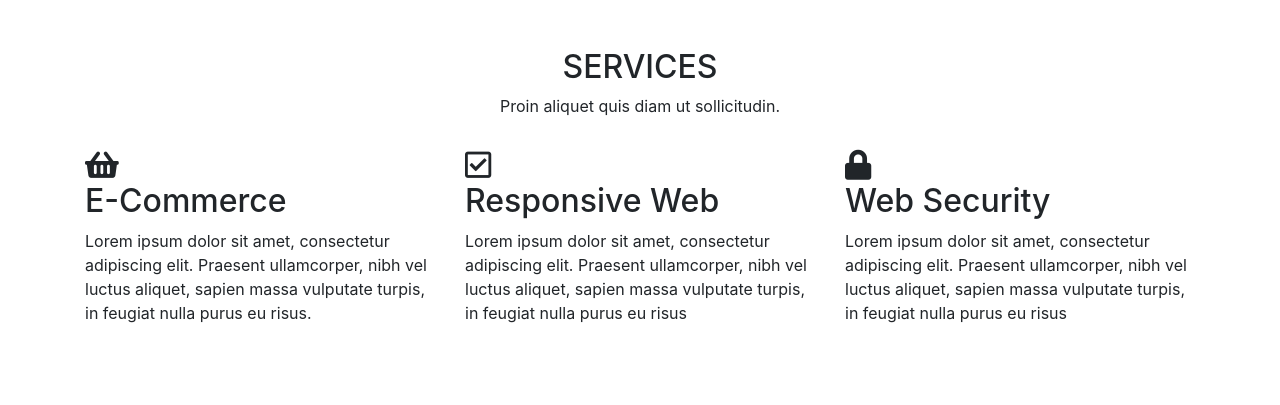
Repository: arek-adamik/golden-webpage
Page: index.html
An editor plug-in stored every save of this project. The page is shown before and after the next save, followed by the edit.
The browser window is 1280 px wide. The pictures show the part of the page from y = 630 to 1099 px (the page is 1035 px tall before and 1099 px after).
Some web fonts or font styles are not loaded; a fallback is used. Some web libraries are served in a nearby version. The style sheet was rebuilt from its Sass, Less or Tailwind sources for each picture, by a compiler version that may differ from the author's.

Above is the page before, as saved 2021-05-04 15:14:05.

### index.html
<!DOCTYPE html>
<html lang="en">
  <head>
    <meta name="viewport" content="width=device-width, initial-scale=1.0">
    <meta charset="utf-8">
    <title>Golden - Official Site</title>
    <link rel="preconnect" href="https://fonts.gstatic.com">
    <link href="https://fonts.googleapis.com/css2?family=Krona+One&family=Molle:ital@1&family=Tinos&display=swap" rel="stylesheet">
    <link rel="stylesheet" href="https://use.fontawesome.com/releases/v5.5.0/css/all.css">
    <link rel="stylesheet" href="vendor/bootstrap-grid.css">
    <link rel="stylesheet" href="css/style.css">
    <link rel="stylesheet" href="https://stackpath.bootstrapcdn.com/bootstrap/4.5.1/css/bootstrap.min.css" integrity="sha384-VCmXjywReHh4PwowAiWNagnWcLhlEJLA5buUprzK8rxFgeH0kww/aWY76TfkUoSX" crossorigin="anonymous">
  </head>
  <body>
    <section class="page-head">
        <nav class="navigation">
            <p class="logo">GOLDEN</p>
                <ul>
                    <li><a href="#">HOME</a></li>
                    <li><a href="#">SERVICES</a></li>
                    <li><a href="#">PORTFOLIO</a></li>
                    <li><a href="#">ABOUT</a></li>
                    <li><a href="#">CONTACT</a></li>
                </ul>

        </nav>
        <header class="splash">
            <div class="splash-inner">
                <h2 class="page-subtitle">Welcome to our studio!</h2>
                <h1 class="page-title">IT'S NICE TO MEET YOU</h1>
                <a class="button" href="#">TELL ME MORE</a>
            </div>
      </header>
    </section>
    <section class="services py-5">
        <h2 class="section-subtitle">SERVICES</h2>
        <p class="services-text">Proin aliquet quis diam ut sollicitudin.</p>
        <div class="container">
            <div class="row py-3">
                <div class="col-md-4">
                    <i class="fas fa-shopping-basket"></i>
                    <h2 class="services-subbtitle">E-Commerce</h2>
                    <p>Lorem ipsum dolor sit amet, consectetur adipiscing elit. Praesent ullamcorper, nibh vel luctus aliquet, sapien massa vulputate turpis, in feugiat nulla purus eu risus.</p>
                </div>
                <div class="col-md-4">
                    <i class="far fa-check-square"></i>
                    <h2 class="services-subbtitle">Responsive Web</h2>
                    <p>Lorem ipsum dolor sit amet, consectetur adipiscing elit. Praesent ullamcorper, nibh vel luctus aliquet, sapien massa vulputate turpis, in feugiat nulla purus eu risus</p>
                </div>
                <div class="col-md-4">
                    <i class="fas fa-lock"></i>
                    <h2 class="services-subbtitle">Web Security</h2>
                    <p>Lorem ipsum dolor sit amet, consectetur adipiscing elit. Praesent ullamcorper, nibh vel luctus aliquet, sapien massa vulputate turpis, in feugiat nulla purus eu risus</p>
                </div>
        </div>
    </section>
  </body>
  </html>

### sass/style.scss
/* Variabbles */
$font-header: 'Krona One', sans-serif;
$font-logo: 'Molle', cursive;
$font-text: 'Tinos', serif;
/* Global */
body {
    margin: 0;
    font-size: 16px;
    line-height: 1.7;
    font-family: $font-text;
}
.container {
    max-width: 1140px;
    padding: 0 20px 0 20px;
    display: flex;
	justify-content: center;
	align-items: center;
	margin: auto;
}
/* Main section */
.page-head{
    background-image: url(https://images.pexels.com/photos/174524/pexels-photo-174524.jpeg?auto=compress&cs=tinysrgb&dpr=2&h=750&w=1260);
}

/* Navigation */
.navigation {
    padding: 12px 0 12px 0;
        ul {
            padding: 0;
            margin: 0;
            list-style-type: none;
            text-align: right;
        }

        }
        .logo {
            text-align: left;
            padding-top: 20px;
            margin-left: 40px;
            font-family: $font-logo;
            color: rgb(2, 2, 1);
            text-shadow: goldenrod;
            font-size: 30px;
        }
        li {
            display: inline-block;
            margin-right: 36px;
            position: relative;

        }
        a {
            color: rgb(0, 0, 0);
            font-family: $font-header;
        }
/* Splash */
.splash {
    min-height: 500px;
    display: flex;
        .page-title {
            margin: 0;
            font-size: 72px;
            font-weight: 700;
            line-height: 1.2;
            font-family: $font-header;
            text-align: center;
        }
        .page-subtitle {
            margin: 24px 0;
            font-weight: 400;
            font-size: 16px;
            font-family: $font-header;
            text-align: center;
        }
}
.splash-inner {
    margin: auto;
    max-width: 70%;
}
.button {
    display: block;
    margin: 0 auto;
    position: relative;
    padding: 20px 25px;
    font-size: 24px;
    cursor: pointer;
    text-align: center;
    text-decoration: none;
    outline: none;
    color: #fff;
    background-color: #070807;
    border: none;
    border-radius: 15px;
    width: 250px;
  }
  .button:hover {
      background-color: rgb(69, 70, 32)
    }
  .button:active {
    background-color: rgb(69, 70, 32);
    box-shadow: 0 5px #666;
    transform: translateY(4px);
    text-decoration: none;
  }
  /* Services */
  .services{
  .section-subtitle, .services-text {
      text-align: center;
  }
  i {
        font-size: 30px;
        text-align: center;
  }
}

Loaded but not shown: vendor/bootstrap-grid.css (library)

After the next save:
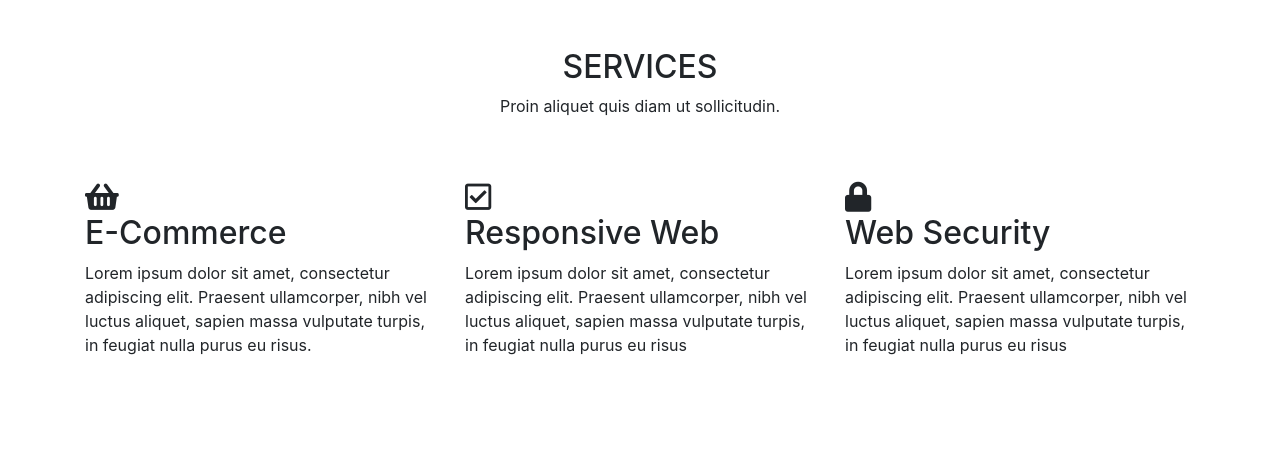
Saved 14 s later.
--- a/index.html
+++ b/index.html
@@ -36,7 +36,7 @@
         <h2 class="section-subtitle">SERVICES</h2>
         <p class="services-text">Proin aliquet quis diam ut sollicitudin.</p>
         <div class="container">
-            <div class="row py-3">
+            <div class="row py-5">
                 <div class="col-md-4">
                     <i class="fas fa-shopping-basket"></i>
                     <h2 class="services-subbtitle">E-Commerce</h2>
